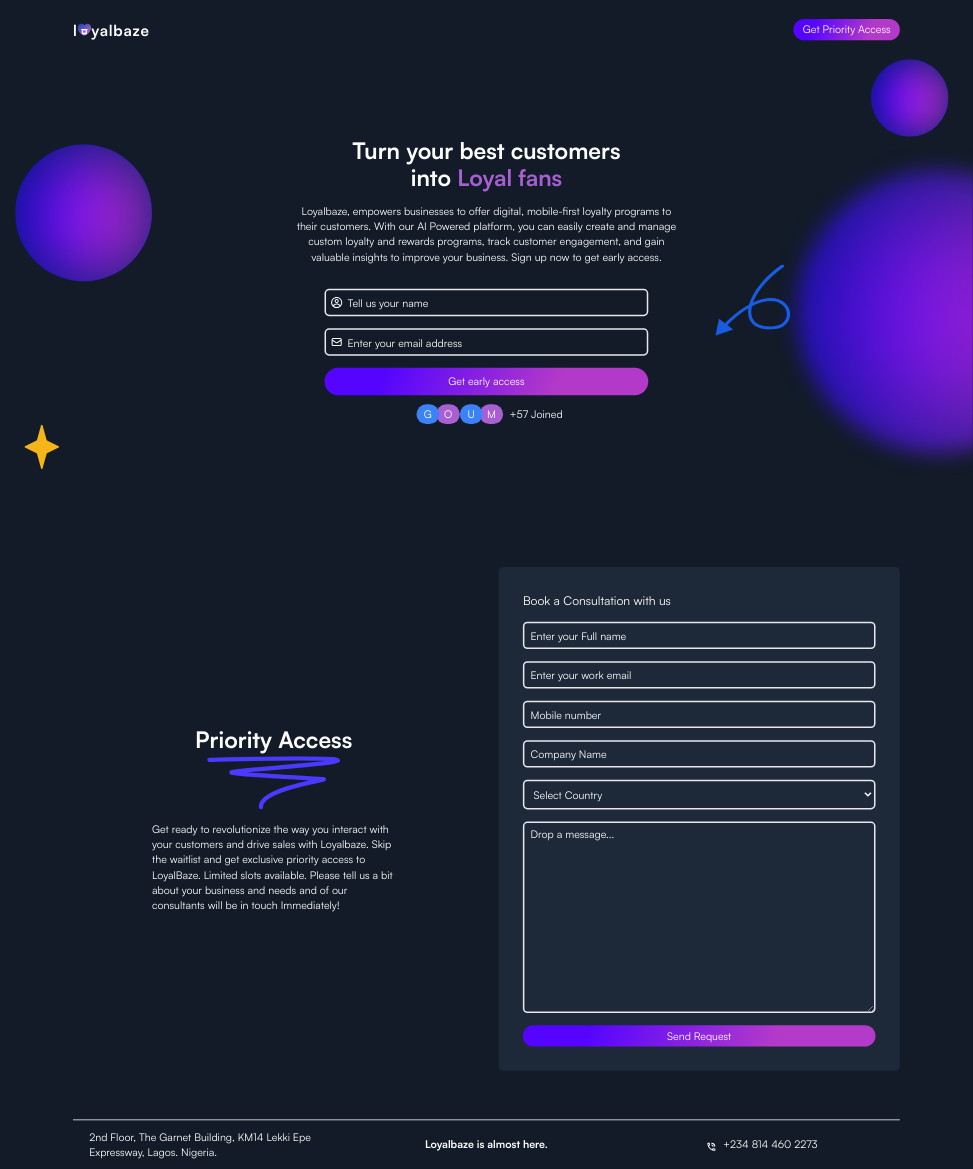
Repository: Jerified/loyalbaze
Page: /
The author's editor kept a copy of each file at every save. The page is drawn from the files as they stood at one save, then again after a run of saves.
The browser window is 1280 px wide. The pictures show the whole page, at 76% of full size.
The project was rebuilt for these pictures with package versions that can differ from the ones it lists, and the page was loaded fresh each time. The framework's server and built-in components were replaced by stand-ins that run in the browser. Also part of the build but not shown: next.config.js.

Above is the page before, as saved 2023-02-14 17:38:48.

### src/app/layout.tsx
import Header from '@/components/Header'
import localFont from '@next/font/local'
import './globals.css'
// import Providers from '../../';

const satoshi = localFont({
  src: [
    {
      path: '../../public/fonts/Satoshi-Regular.woff2',
      weight: '400',
    },
    {
      path: '../../public/fonts/Satoshi-Bold.woff2',
      weight: '700',
    },
  ]
})

export default function RootLayout({
  children,
}: {
  children: React.ReactNode
}) {
  return (
    <html lang="en">
      <head />
      <body className={satoshi.className}>
          <Header />
          {children}
      </body>
    </html>
  );
}

### src/app/page.tsx
import Contents from "@/components/Contents";
import Footer from "@/components/Footer";
import Form from "@/components/Form";


export default async function Home() {

  return  (
  <main className=''>
    <Contents />
    <Form />
    <Footer />
  </main>
  )
}

### src/components/Header.tsx
import { AiFillHome } from "react-icons/ai";
import { BsFillInfoCircleFill } from "react-icons/bs";
import Link from "next/link";

export default function Header() {
  return (
    <div className="flex justify-between px-8 sm:mx-auto items-center py-6 max-w-6xl mx-auto">
      <div className="text-xl font-semibold tracking-wider flex items-end justify-end">
        l
        <div className="relative">
          <svg
            width="10"
            height="8"
            viewBox="0 0 10 8"
            fill="none"
            xmlns="http://www.w3.org/2000/svg"
            className="absolute bottom-2 right-[0.23rem]"
          >
            <path
              d="M8.42822 3V5.57143C8.42822 6.51857 7.66108 7.28571 6.71394 7.28571H3.28537C2.33822 7.28571 1.57108 6.51857 1.57108 5.57143V3C1.57108 2.76429 1.76394 2.57143 1.99965 2.57143H2.84394C3.07965 2.57143 3.27251 2.76429 3.27251 3V4.34571C3.27295 4.5733 3.36327 4.7915 3.5238 4.95283C3.68432 5.11416 3.90207 5.20556 4.12965 5.20714C4.29251 5.20714 4.45537 5.16 4.59679 5.06571L5.00394 4.8L5.38108 5.05286C5.64251 5.22857 5.97679 5.25 6.25537 5.1C6.53822 4.95 6.71394 4.66286 6.71394 4.34143V3C6.71394 2.76429 6.90679 2.57143 7.14251 2.57143H7.99965C8.23537 2.57143 8.42822 2.76429 8.42822 3ZM9.07108 0.857143V1.28571C9.07108 1.75714 8.84394 2.14286 8.21394 2.14286H1.78537C1.12965 2.14286 0.928223 1.75714 0.928223 1.28571V0.857143C0.928223 0.385714 1.12965 0 1.78537 0H8.21394C8.84394 0 9.07108 0.385714 9.07108 0.857143Z"
              fill="white"
            />
          </svg>

          <span className="w-">
            <svg
              width="18"
              height="30"
              viewBox="0 0 34 30"
              fill="none"
              xmlns="http://www.w3.org/2000/svg"
            >
              <path
                d="M24.4002 0.169922C21.3835 0.169922 18.6835 1.63659 17.0002 3.88659C16.1404 2.73461 15.0239 1.79891 13.7394 1.15375C12.4549 0.508585 11.0376 0.171731 9.60016 0.169922C4.4835 0.169922 0.333496 4.33659 0.333496 9.48659C0.333496 11.4699 0.650163 13.3033 1.20016 15.0033C3.8335 23.3366 11.9502 28.3199 15.9668 29.6866C16.5335 29.8866 17.4668 29.8866 18.0335 29.6866C22.0502 28.3199 30.1668 23.3366 32.8002 15.0033C33.3502 13.3033 33.6668 11.4699 33.6668 9.48659C33.6668 4.33659 29.5168 0.169922 24.4002 0.169922Z"
                fill="url(#paint0_linear_1098_9360)"
              />
              <defs>
                <linearGradient
                  id="paint0_linear_1098_9360"
                  x1="2.3335"
                  y1="0.333333"
                  x2="19.3335"
                  y2="22.5"
                  gradientUnits="userSpaceOnUse"
                >
                  <stop stop-color="#175CE1" stop-opacity="0.71" />
                  <stop offset="1" stop-color="#A75FD2" stop-opacity="0.94" />
                </linearGradient>
              </defs>
            </svg>
          </span>
        </div>
        yalbaze
      </div>

      <button className=" px-3 py-1 rounded-full bg-[linear-gradient(112.92deg,_#5404FF_18.35%,rgba(189,_59,_210,_0.94)_71.49%)] text-sm">
        <div className="bg-inherit">Get Priority Access</div>
      </button>
    </div>
  );
}

### src/app/globals.css


@tailwind base;
@tailwind components;
@tailwind utilities;

body{
  background-color: #121B27;
  color: white;
  font-family: 'satoshi';
}

@layer components {
  input {
  @apply bg-inherit border-2 w-full rounded-md py-1 px-2 pl-2 placeholder:text-[14px] caret-[#A75FD2] outline-none placeholder:text-white
  }
}

### src/components/Contents.tsx
import React from 'react'
import {CgProfile} from 'react-icons/cg'
import { HiOutlineMail } from "react-icons/hi";

const Contents = () => {
  return (
    <div className="pt-8 lg:pt-0 pb-16 relative px-8">
      <div className="hidden lg:flex justify-end">
        <svg
          width="102"
          height="102"
          viewBox="0 0 102 102"
          fill="none"
          xmlns="http://www.w3.org/2000/svg"
        >
          <g filter="url(#filter0_i_1098_9860)">
            <circle
              cx="51"
              cy="51"
              r="51"
              fill="url(#paint0_linear_1098_9860)"
            />
          </g>
          <defs>
            <filter
              id="filter0_i_1098_9860"
              x="0"
              y="0"
              width="103.02"
              height="104.04"
              filterUnits="userSpaceOnUse"
              color-interpolation-filters="sRGB"
            >
              <feFlood flood-opacity="0" result="BackgroundImageFix" />
              <feBlend
                mode="normal"
                in="SourceGraphic"
                in2="BackgroundImageFix"
                result="shape"
              />
              <feColorMatrix
                in="SourceAlpha"
                type="matrix"
                values="0 0 0 0 0 0 0 0 0 0 0 0 0 0 0 0 0 0 127 0"
                result="hardAlpha"
              />
              <feOffset dx="1.02" dy="2.04" />
              <feGaussianBlur stdDeviation="25.5" />
              <feComposite
                in2="hardAlpha"
                operator="arithmetic"
                k2="-1"
                k3="1"
              />
              <feColorMatrix
                type="matrix"
                values="0 0 0 0 0 0 0 0 0 0.113725 0 0 0 0 0.431373 0 0 0 1 0"
              />
              <feBlend
                mode="normal"
                in2="shape"
                result="effect1_innerShadow_1098_9860"
              />
            </filter>
            <linearGradient
              id="paint0_linear_1098_9860"
              x1="5.1"
              y1="70.89"
              x2="100.108"
              y2="75.3654"
              gradientUnits="userSpaceOnUse"
            >
              <stop stop-color="#5404FF" />
              <stop offset="0.899616" stop-color="#BA2AD1" />
            </linearGradient>
          </defs>
        </svg>
      </div>
      <div className="absolute left-5 hidden lg:block -z-1">
        <svg
          width="180"
          height="200"
          viewBox="0 0 200 200"
          fill="none"
          xmlns="http://www.w3.org/2000/svg"
        >
          <g filter="url(#filter0_i_3346_6249)">
            <circle
              cx="100"
              cy="100"
              r="100"
              fill="url(#paint0_linear_3346_6249)"
            />
          </g>
          <defs>
            <filter
              id="filter0_i_3346_6249"
              x="0"
              y="0"
              width="202"
              height="204"
              filterUnits="userSpaceOnUse"
              color-interpolation-filters="sRGB"
            >
              <feFlood flood-opacity="0" result="BackgroundImageFix" />
              <feBlend
                mode="normal"
                in="SourceGraphic"
                in2="BackgroundImageFix"
                result="shape"
              />
              <feColorMatrix
                in="SourceAlpha"
                type="matrix"
                values="0 0 0 0 0 0 0 0 0 0 0 0 0 0 0 0 0 0 127 0"
                result="hardAlpha"
              />
              <feOffset dx="2" dy="4" />
              <feGaussianBlur stdDeviation="50" />
              <feComposite
                in2="hardAlpha"
                operator="arithmetic"
                k2="-1"
                k3="1"
              />
              <feColorMatrix
                type="matrix"
                values="0 0 0 0 0 0 0 0 0 0.113725 0 0 0 0 0.431373 0 0 0 1 0"
              />
              <feBlend
                mode="normal"
                in2="shape"
                result="effect1_innerShadow_3346_6249"
              />
            </filter>
            <linearGradient
              id="paint0_linear_3346_6249"
              x1="10"
              y1="139"
              x2="196.289"
              y2="147.775"
              gradientUnits="userSpaceOnUse"
            >
              <stop stop-color="#5404FF" />
              <stop offset="0.899616" stop-color="#BA2AD1" />
            </linearGradient>
          </defs>
        </svg>
      </div>
      <div className="absolute right-0 hidden lg:block -z-1">
        <svg
          width="260"
          height="460"
          viewBox="0 0 279 460"
          fill="none"
          xmlns="http://www.w3.org/2000/svg"
        >
          <g filter="url(#filter0_if_3250_3646)">
            <circle
              cx="230"
              cy="230"
              r="200"
              fill="url(#paint0_linear_3250_3646)"
            />
          </g>
          <defs>
            <filter
              id="filter0_if_3250_3646"
              x="0"
              y="0"
              width="460"
              height="460"
              filterUnits="userSpaceOnUse"
              color-interpolation-filters="sRGB"
            >
              <feFlood flood-opacity="0" result="BackgroundImageFix" />
              <feBlend
                mode="normal"
                in="SourceGraphic"
                in2="BackgroundImageFix"
                result="shape"
              />
              <feColorMatrix
                in="SourceAlpha"
                type="matrix"
                values="0 0 0 0 0 0 0 0 0 0 0 0 0 0 0 0 0 0 127 0"
                result="hardAlpha"
              />
              <feOffset dx="4" dy="8" />
              <feGaussianBlur stdDeviation="100" />
              <feComposite
                in2="hardAlpha"
                operator="arithmetic"
                k2="-1"
                k3="1"
              />
              <feColorMatrix
                type="matrix"
                values="0 0 0 0 0 0 0 0 0 0.113725 0 0 0 0 0.431373 0 0 0 1 0"
              />
              <feBlend
                mode="normal"
                in2="shape"
                result="effect1_innerShadow_3250_3646"
              />
              <feGaussianBlur
                stdDeviation="15"
                result="effect2_foregroundBlur_3250_3646"
              />
            </filter>
            <linearGradient
              id="paint0_linear_3250_3646"
              x1="50"
              y1="308"
              x2="422.578"
              y2="325.551"
              gradientUnits="userSpaceOnUse"
            >
              <stop stop-color="#5404FF" />
              <stop offset="0.899616" stop-color="#BA2AD1" />
            </linearGradient>
          </defs>
        </svg>
      </div>

      <h1 className="font-bold text-center text-3xl max-w-sm mx-auto">
        Turn your best customers into{" "}
        <span className="text-[#A75FD2] ">Loyal fans</span>
      </h1>
      <p className="text-center pt-4 max-w-[22rem] md:max-w-lg mx-auto text-sm z-100">
        Loyalbaze, empowers businesses to offer digital, mobile-first loyalty
        programs to their customers. With our AI Powered platform, you can
        easily create and manage custom loyalty and rewards programs, track
        customer engagement, and gain valuable insights to improve your
        business. Sign up now to get early access.
      </p>
      <form
        action=""
        className="pt-8 grid place-items-center gap-4 pb-3 relative"
      >
        <div className="absolute right-[13rem] top-0 hidden lg:block">
          <svg
            width="99"
            height="94"
            viewBox="0 0 99 94"
            fill="none"
            xmlns="http://www.w3.org/2000/svg"
          >
            <path
              d="M89.8737 3.49999C90.82 2.84772 91.0138 1.6312 90.3065 0.782795C89.5992 -0.0656061 88.2586 -0.224608 87.3123 0.427655L89.8737 3.49999ZM75.1908 83.4453L75.2913 85.3794L75.1908 83.4453ZM0.487821 93.343L23.7889 85.632L5.03935 71.2977L0.487821 93.343ZM87.3123 0.427655C63.2326 17.0251 47.5056 38.4428 43.9972 55.6668C42.2394 64.2962 43.5064 72.1624 48.7779 77.7112C54.0665 83.278 62.9501 86.0571 75.2913 85.3794L75.0903 81.5112C63.5102 82.147 56.1583 79.4988 52.0369 75.1606C47.8985 70.8045 46.5811 64.288 48.2042 56.3198C51.4574 40.3488 66.3528 19.7123 89.8737 3.49999L87.3123 0.427655ZM75.2913 85.3794C87.4389 84.7124 94.9158 78.9117 97.5774 71.5997C100.191 64.4195 98.034 56.077 91.6943 50.4846C85.2748 44.8217 74.8195 42.1622 61.2105 45.8016C47.6707 49.4225 30.939 59.2723 11.4376 78.6706L14.5831 81.2586C33.8025 62.1408 49.8871 52.8556 62.3705 49.5172C74.7847 46.1974 83.5594 48.7545 88.6881 53.2787C93.8967 57.8734 95.6063 64.6887 93.5159 70.4314C91.4735 76.0424 85.6761 80.9299 75.0903 81.5112L75.2913 85.3794Z"
              fill="#175CE1"
            />
          </svg>
        </div>
        <div className="w-[80%] md:w-[60%] lg:max-w-[35%] relative flex items-center">
          <input
            type="text"
            className=" bg-inherit border-2 w-full rounded-md py-1 px-2 pl-7 placeholder:text-[14px] "
            placeholder="Tell us your name"
          />
          <CgProfile className="absolute left-2 top-[50%] -translate-y-[50%]" />
        </div>
        <div className="w-[80%] md:w-[60%] lg:max-w-[35%] relative flex items-center">
          <input
            type="text"
            className=" bg-inherit border-2 w-full rounded-md py-1 px-2 pl-7 placeholder:text-[14px] placeholder:pt-[-1px] "
            placeholder="Enter your email address"
          />
          <HiOutlineMail className="absolute left-2 top-[50%] -translate-y-[50%]" />
        </div>
        <button className="text-sm bg-[linear-gradient(112.92deg,_#5404FF_18.35%,rgba(189,_59,_210,_0.94)_71.49%)] rounded-full w-[80%] md:w-[60%] lg:max-w-[35%] py-2">
          Get early access
        </button>

      </form>
      <div className="flex relative text-sm justify-center items-center">
        <p className="bg-blue-500 rounded-full w-fit px-[10px] py-[3px] relative  left-2 z-10">
          G
        </p>
        <p className="bg-[#A75FD2] rounded-full w-fit px-[10px] py-[3px] relative left-1">
          O
        </p>
        <p className="bg-blue-500 rounded-full w-fit px-[10px] py-[3px] relative left-1">
          U
        </p>
        <p className="bg-[#A75FD2] rounded-full w-fit px-[10px] py-[3px]">M</p>
        <p className="pl-2 font-medium">+57 Joined</p>
      </div>
      <div className="">
        <svg
          width="46"
          height="60"
          viewBox="0 0 46 60"
          fill="none"
          xmlns="http://www.w3.org/2000/svg"
        >
          <path
            d="M22.0364 1.47205C22.3075 0.495278 23.6925 0.495274 23.9636 1.47205L29.3625 20.9258C29.4386 21.2002 29.6282 21.4291 29.8836 21.5551L45.1824 29.1032C45.9257 29.47 45.9257 30.53 45.1823 30.8968L29.8836 38.4449C29.6282 38.5709 29.4386 38.7998 29.3625 39.0742L23.9636 58.5279C23.6925 59.5047 22.3075 59.5047 22.0364 58.528L16.6375 39.0742C16.5614 38.7998 16.3718 38.5709 16.1164 38.4449L0.817651 30.8968C0.0742599 30.53 0.0742621 29.47 0.817654 29.1032L16.1164 21.5551C16.3718 21.4291 16.5614 21.2002 16.6375 20.9258L22.0364 1.47205Z"
            fill="#F4B41A"
          />
        </svg>
      </div>
    </div>
  );
}

export default Contents

### src/components/Footer.tsx
import React from 'react'
import {MdOutlinePhoneInTalk} from 'react-icons/md'

const Footer = () => {
  return (
    <div className='max-w-6xl mx-auto px-8'>
      <div
        className="border-b border-white
        "
      />
      <div className="lg:grid lg:grid-cols-3 text-center gap-y-3 text-sm py-3 lg:gap-0 items-center">
        <div className="font-semibold order-2 ">Loyalbaze is almost here.</div>
        <div className="max-w-[20rem] mx-auto order-1 lg:text-start">
          2nd Floor, The Garnet Building, KM14 Lekki Epe Expressway, Lagos.
          Nigeria.
        </div>
        <div className="flex justify-center items-center gap-2 order-3 lg:items-end">
          <MdOutlinePhoneInTalk />
          <p className="">+234 814 460 2273</p>
        </div>
      </div>
    </div>
  );
}

export default Footer

Loaded but not shown: tailwind.config.js (12 lines, source omitted); src/components/Form.tsx (80 lines, source omitted)

After the next 3 saves:
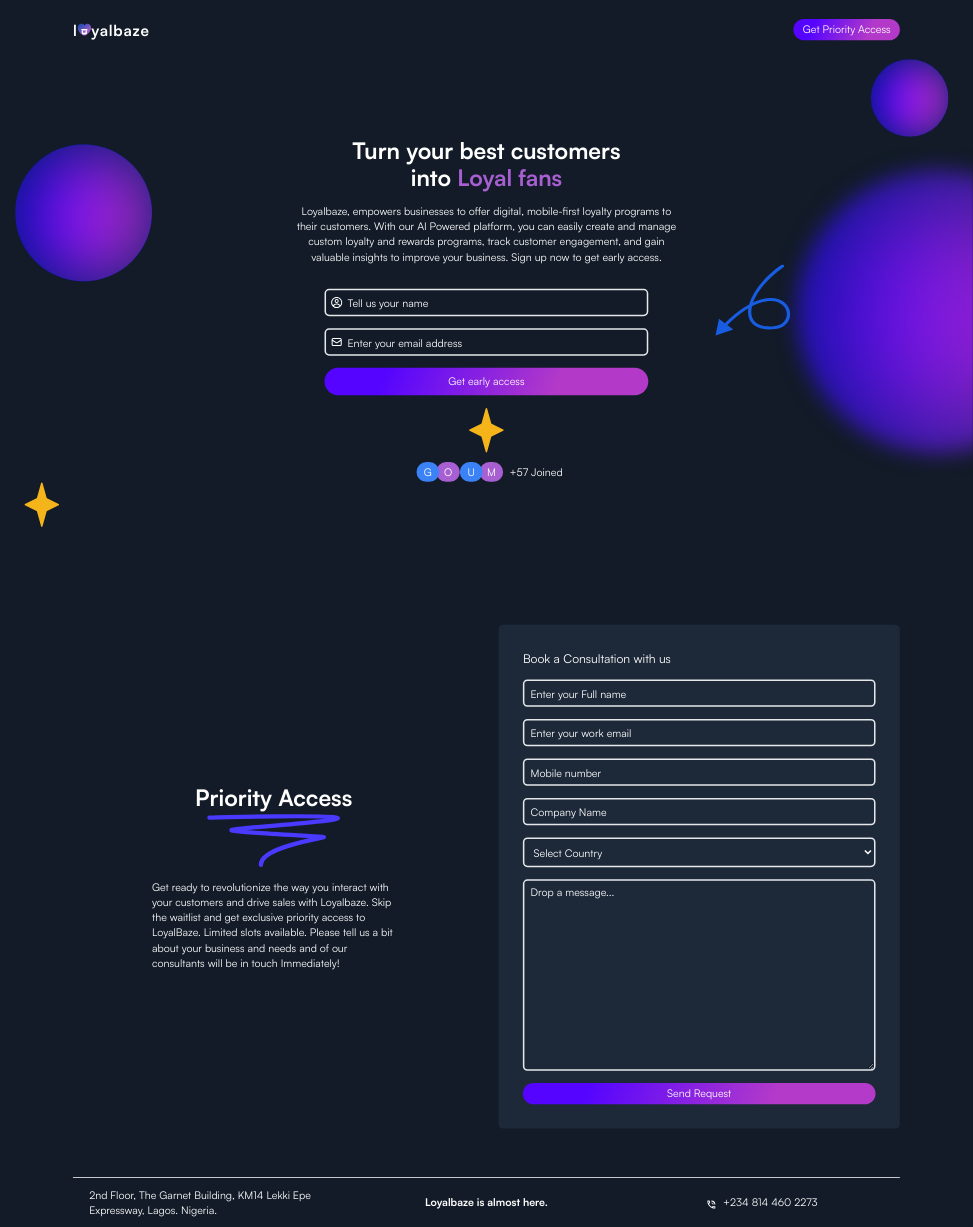
The 3 saves are shown as one change because they came seconds apart.
The last was saved 15 s later.
--- a/src/components/Contents.tsx
+++ b/src/components/Contents.tsx
@@ -271,7 +271,20 @@
         <button className="text-sm bg-[linear-gradient(112.92deg,_#5404FF_18.35%,rgba(189,_59,_210,_0.94)_71.49%)] rounded-full w-[80%] md:w-[60%] lg:max-w-[35%] py-2">
           Get early access
         </button>
-
+        <div className="">
+          <svg
+            width="46"
+            height="60"
+            viewBox="0 0 46 60"
+            fill="none"
+            xmlns="http://www.w3.org/2000/svg"
+          >
+            <path
+              d="M22.0364 1.47205C22.3075 0.495278 23.6925 0.495274 23.9636 1.47205L29.3625 20.9258C29.4386 21.2002 29.6282 21.4291 29.8836 21.5551L45.1824 29.1032C45.9257 29.47 45.9257 30.53 45.1823 30.8968L29.8836 38.4449C29.6282 38.5709 29.4386 38.7998 29.3625 39.0742L23.9636 58.5279C23.6925 59.5047 22.3075 59.5047 22.0364 58.528L16.6375 39.0742C16.5614 38.7998 16.3718 38.5709 16.1164 38.4449L0.817651 30.8968C0.0742599 30.53 0.0742621 29.47 0.817654 29.1032L16.1164 21.5551C16.3718 21.4291 16.5614 21.2002 16.6375 20.9258L22.0364 1.47205Z"
+              fill="#F4B41A"
+            />
+          </svg>
+        </div>
       </form>
       <div className="flex relative text-sm justify-center items-center">
         <p className="bg-blue-500 rounded-full w-fit px-[10px] py-[3px] relative  left-2 z-10">

After the save that followed:
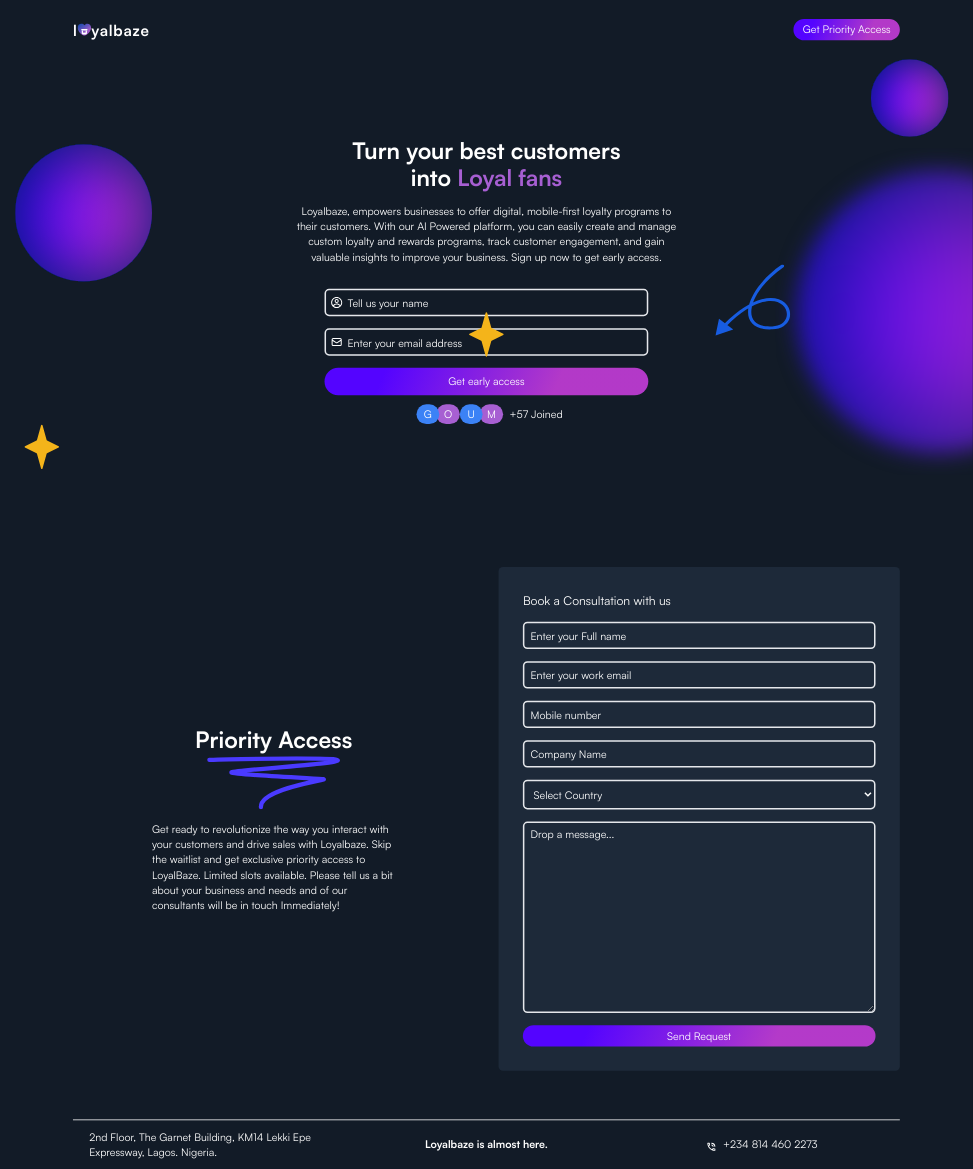
Saved 24 s later.
--- a/src/components/Contents.tsx
+++ b/src/components/Contents.tsx
@@ -271,7 +271,7 @@
         <button className="text-sm bg-[linear-gradient(112.92deg,_#5404FF_18.35%,rgba(189,_59,_210,_0.94)_71.49%)] rounded-full w-[80%] md:w-[60%] lg:max-w-[35%] py-2">
           Get early access
         </button>
-        <div className="">
+        <div className="absolute">
           <svg
             width="46"
             height="60"
